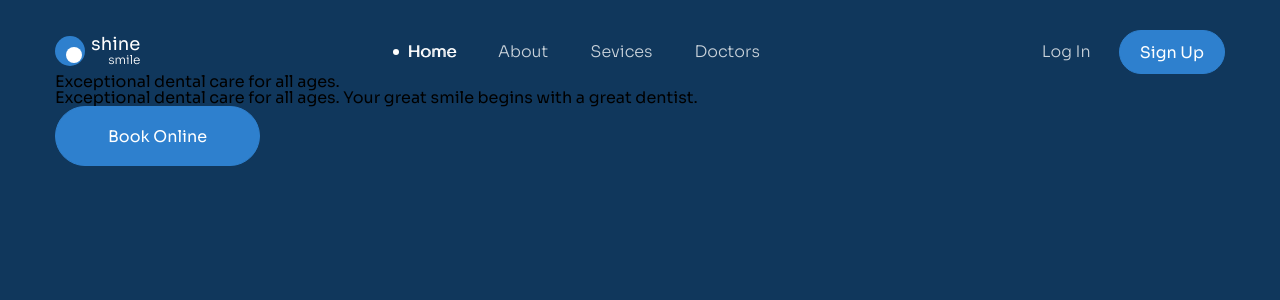
Repository: trungnguyen131/project-03
Page: index.html
These files come from the project's save history. The page is drawn as it stood at one moment and after the next save; the edit follows.
The browser window is 1280 px wide. The pictures show the whole page.

Above is the page before, as saved 2024-03-31 16:37:49.

After the next save:
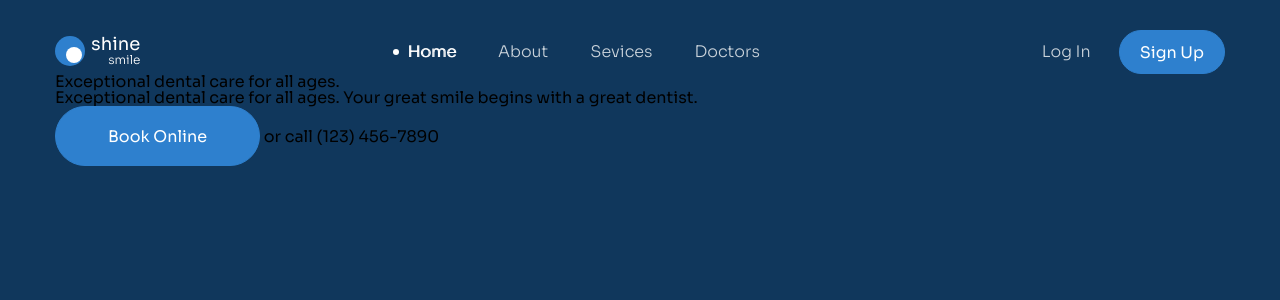
Saved 9 s later.
--- a/index.html
+++ b/index.html
@@ -87,7 +87,7 @@
                     </p>
                     <div class="hero__row">
                         <a href="#!" class="btn">Book Online</a>
-                        <span class="hero__phone"></span>
+                        <span class="hero__phone">or call (123) 456-7890</span>
                     </div>
                 </section>
                 <!-- Hero media -->
